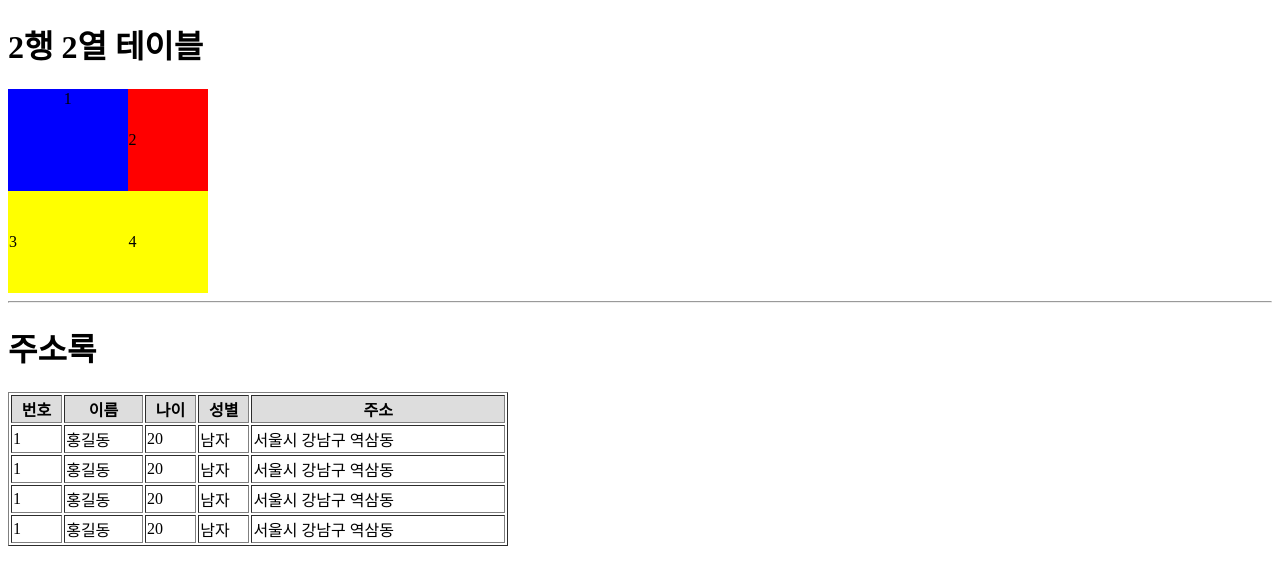
Repository: Chun0903/classStudy_github.io
Page: client/ClientTest/WebContent/ex13_table.html
The author's editor kept a copy of each file at every save. The page is drawn from the files as they stood at one save, then again after the next save.
The browser window is 1280 px wide. The pictures show the whole page.

Above is the page before, as saved 2020-06-19 07:37:47.

### client/ClientTest/WebContent/ex13_table.html
<!DOCTYPE html>
<html>
<head>
<meta charset="UTF-8">
<title>Insert title here</title>
</head>
<body>

	<!--

		<table>, 표
		- 표 만들 떄 사용
		- 레이아웃 만들 때 사용 -> 잘 안씀 -> <div> + CSS 사용

		1. <table>
			- 큰상자
			- 전체 컨테이너
		2. <tr>, table row
			- 중간 상자
			- 행 역할
		3. <td>, table data
			- 작은상자
			- 셀 역할
			- 테이블의 데이터는 <td>가 가진다.
		4. <th>, table header
			- 작은상자
			- 셀 역할
			- 헤더의 셀 역할(제목 역할)
	-->

	<h1>2행 2열 테이블</h1>

	<table border="0" width="200" height="200" bgcolor="yellow" cellspacing="0">
		<tr bgcolor="red">
			<td width="120" height="100" bgcolor ="blue" align="center" valign="top">1</td>
			<td width="80">2</td>
		</tr>
		<tr>
			<td height="100">3</td>
			<td>4</td>
		</tr>
	</table>

	<hr>

	<h1>주소록</h1>

	<table border="1" width="500">
		<!-- 테이블 헤더 -->
		<tr bgcolor="#DDDDDD">
			<th width="50">번호</th>
			<th width="80">이름</th>
			<th width="50">나이</th>
			<th width="50">성별</th>
			<th width="270">주소</th>
		</tr>
		<tr>
			<td>1</td>
			<td>홍길동</td>
			<td>20</td>
			<td>남자</td>
			<td>서울시 강남구 역삼동</td>
		</tr>
		<tr>
			<td>1</td>
			<td>홍길동</td>
			<td>20</td>
			<td>남자</td>
			<td>서울시 강남구 역삼동</td>
		</tr>
		<tr>
			<td>1</td>
			<td>홍길동</td>
			<td>20</td>
			<td>남자</td>
			<td>서울시 강남구 역삼동</td>
		</tr>
		<tr>
			<td>1</td>
			<td>홍길동</td>
			<td>20</td>
			<td>남자</td>
			<td>서울시 강남구 역삼동</td>
		</tr>

	</table>



</body>
</html>

After the next save:
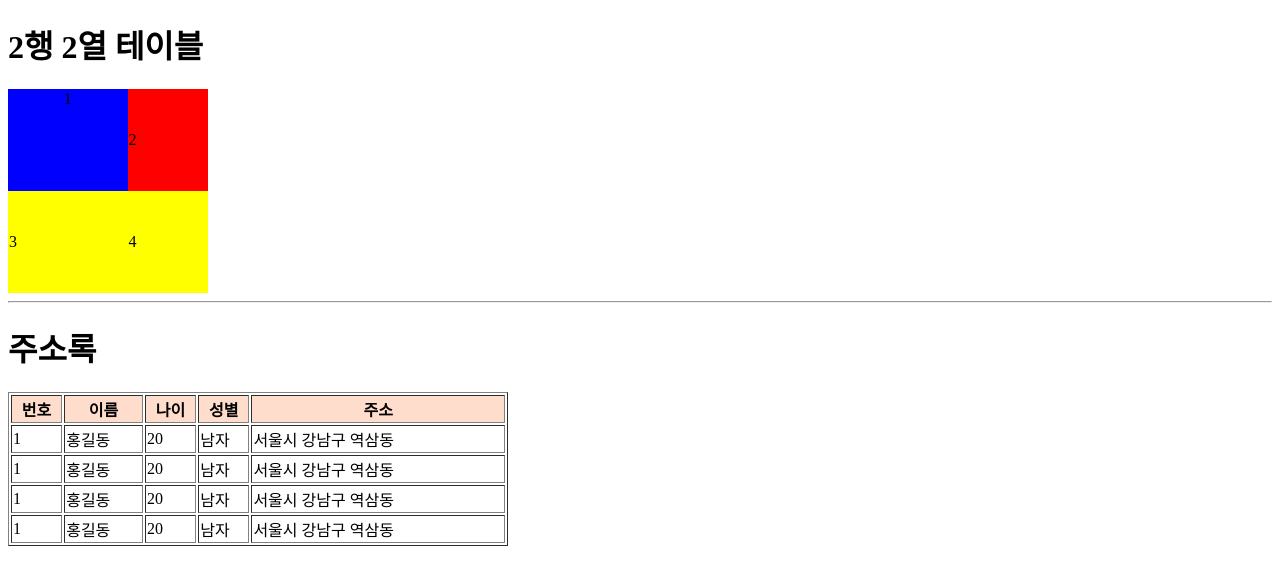
Saved 28 s later.
--- a/client/ClientTest/WebContent/ex13_table.html
+++ b/client/ClientTest/WebContent/ex13_table.html
@@ -47,7 +47,7 @@
 
 	<table border="1" width="500">
 		<!-- 테이블 헤더 -->
-		<tr bgcolor="#DDDDDD">
+		<tr bgcolor="#fdc">
 			<th width="50">번호</th>
 			<th width="80">이름</th>
 			<th width="50">나이</th>

After the save that followed:
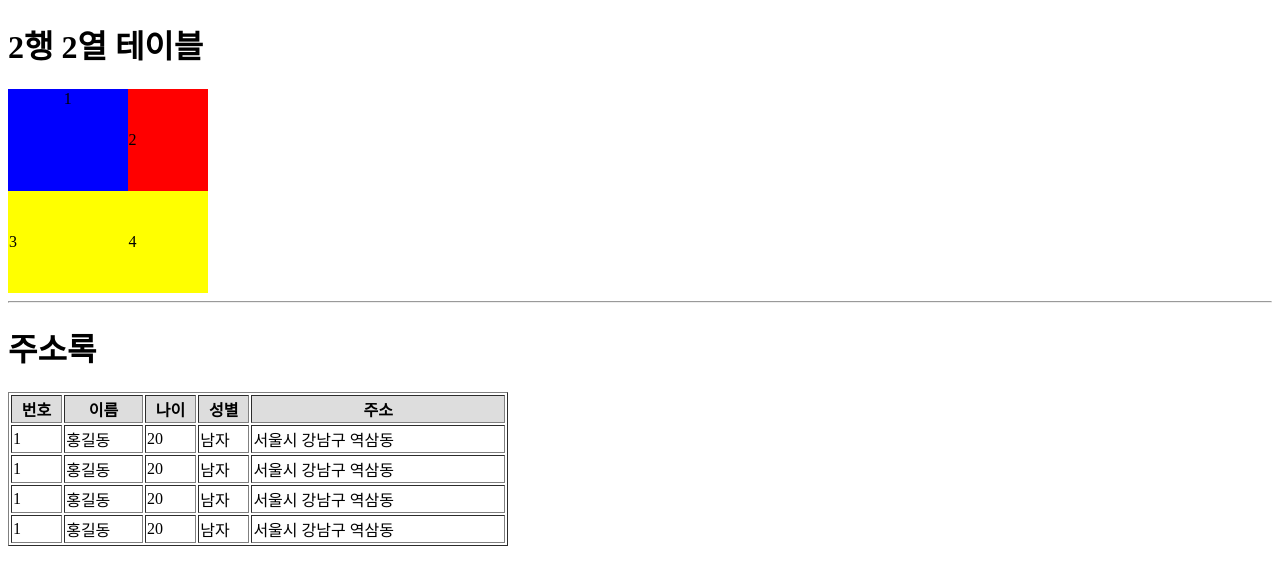
Saved 8 s later.
--- a/client/ClientTest/WebContent/ex13_table.html
+++ b/client/ClientTest/WebContent/ex13_table.html
@@ -47,7 +47,7 @@
 
 	<table border="1" width="500">
 		<!-- 테이블 헤더 -->
-		<tr bgcolor="#fdc">
+		<tr bgcolor="#ddd">
 			<th width="50">번호</th>
 			<th width="80">이름</th>
 			<th width="50">나이</th>
